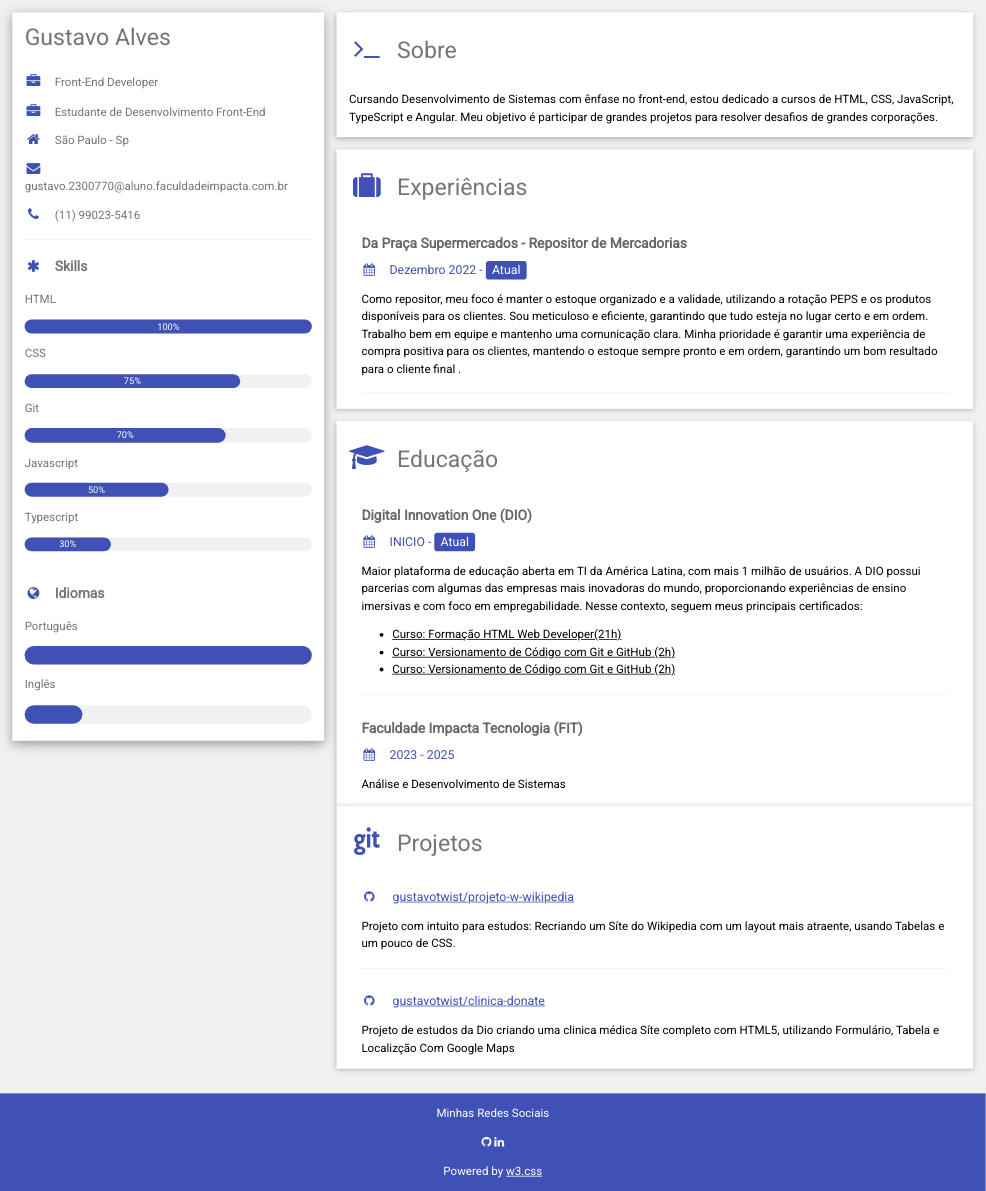
Repository: gustavotwist/cv
Page: index.html
The author's editor kept a copy of each file at every save. The page is drawn from the files as they stood at one save, then again after the next save.
The browser window is 1280 px wide. The pictures show the whole page, at 77% of full size.

Above is the page before, as saved 2024-06-19 22:02:34.

### index.html
<!DOCTYPE html>
<!-- @falvojr: Reference article https://www.w3schools.com/howto/howto_website_create_resume.asp -->
<!-- @falvojr: Useful link to use fontawesome (fa) icons: https://fontawesome.com/v4/icons/ -->
<html lang="pt-BR">

  <head>
    <title>Gustavo Alves</title>

    <meta http-equiv="Content-Type" content="text/html; charset=UTF-8">
    <meta name="viewport" content="width=device-width, initial-scale=1">

    <link rel="stylesheet" href="https://www.w3schools.com/w3css/4/w3.css">
    <link rel='stylesheet' href='https://fonts.googleapis.com/css?family=Roboto'>
    <link rel="stylesheet" href="https://cdnjs.cloudflare.com/ajax/libs/font-awesome/4.7.0/css/font-awesome.min.css">

    <style>
      html,body,h1,h2,h3,h4,h5,h6 {font-family: "Roboto", sans-serif}
    </style>

  </head>

  <body class="w3-light-grey" cz-shortcut-listen="true">

    <!-- Page Container -->
    <div class="w3-content w3-margin-top" style="max-width:1400px;">

      <!-- The Grid -->
      <div class="w3-row-padding">

        <!-- Left Column -->
        <div class="w3-third">

          <div class="w3-white w3-text-grey w3-card-4">
            <!-- @falvojr: This container has been modified to not use a profile picture. -->
            <div class="w3-container">
              <h2>Gustavo Alves</h2>
            </div>
            <div class="w3-container">
              <p><i class="fa fa-briefcase fa-fw w3-margin-right w3-large w3-text-indigo"></i>Front-End Developer</p>
              <p><i class="fa fa-briefcase fa-fw w3-margin-right w3-large w3-text-indigo"></i>Estudante de Desenvolvimento Front-End</p>
              <p><i class="fa fa-home fa-fw w3-margin-right w3-large w3-text-indigo"></i>São Paulo - Sp</p>
              <p><i class="fa fa-envelope fa-fw w3-margin-right w3-large w3-text-indigo"></i>gustavo.2300770@aluno.faculdadeimpacta.com.br</p>
              <p><i class="fa fa-phone fa-fw w3-margin-right w3-large w3-text-indigo"></i>(11) 99023-5416</p>
              <hr>

              <p class="w3-large">
                <b><i class="fa fa-asterisk fa-fw w3-margin-right w3-text-indigo"></i>Skills</b>
              </p>
              <p>HTML</p>
              <div class="w3-light-grey w3-round-xlarge w3-small">
                <div class="w3-container w3-center w3-round-xlarge w3-indigo" style="width:100%">100%</div>
              </div>
              <p>CSS</p>
              <div class="w3-light-grey w3-round-xlarge w3-small">
                <div class="w3-container w3-center w3-round-xlarge w3-indigo" style="width:75%">75%</div>
              </div>
              <p>Git</p>
              <div class="w3-light-grey w3-round-xlarge w3-small">
                <div class="w3-container w3-center w3-round-xlarge w3-indigo" style="width:70%">70%</div>
              </div>
              <p>Javascript</p>
              <div class="w3-light-grey w3-round-xlarge w3-small">
                <div class="w3-container w3-center w3-round-xlarge w3-indigo" style="width:50%">50%</div>
              </div>
              <p>Typescript</p>
              <div class="w3-light-grey w3-round-xlarge w3-small">
                <div class="w3-container w3-center w3-round-xlarge w3-indigo" style="width:30%">30%</div>
              </div>
              <br>
              <p class="w3-large w3-text-theme">
                <b><i class="fa fa-globe fa-fw w3-margin-right w3-text-indigo"></i>Idiomas</b>
              </p>
              <p>Português</p>
              <div class="w3-light-grey w3-round-xlarge">
                <div class="w3-round-xlarge w3-indigo" style="height:24px;width:100%"></div>
              </div>
              <p>Inglês</p>
              <div class="w3-light-grey w3-round-xlarge">
                <div class="w3-round-xlarge w3-indigo" style="height:24px;width:20%"></div>
              </div>
              <br>
            </div>
          </div><br>

          <!-- End Left Column -->
        </div>

        <!-- Right Column -->
        <div class="w3-twothird">

          <div class="w3-container w3-card w3-white w3-margin-bottom">
            <h2 class="w3-text-grey w3-padding-16"><i class="fa fa-terminal fa-fw w3-margin-right w3-xxlarge w3-text-indigo"></i>Sobre</h2>
            <p>Cursando Desenvolvimento de Sistemas com ênfase no front-end, estou dedicado a cursos de HTML, CSS, JavaScript, TypeScript e Angular. Meu objetivo é participar de grandes projetos para resolver desafios de grandes corporações.</p>
          </div>

          <div class="w3-container w3-card w3-white w3-margin-bottom">
            <h2 class="w3-text-grey w3-padding-16">
              <i class="fa fa-suitcase fa-fw w3-margin-right w3-xxlarge w3-text-indigo"></i>Experiências
            </h2>
            <div class="w3-container">
              <h5 class="w3-opacity"><b>Da Praça Supermercados - Repositor de Mercadorias</b></h5>
              <h6 class="w3-text-indigo"><i class="fa fa-calendar fa-fw w3-margin-right"></i>Dezembro 2022 - <span class="w3-tag w3-indigo w3-round">Atual</span></h6>
              <p>Como repositor, meu foco é manter o estoque organizado e a validade, utilizando a rotação PEPS e os produtos disponíveis para os clientes. Sou meticuloso e eficiente, garantindo que tudo esteja no lugar certo e em ordem. Trabalho bem em equipe e mantenho uma comunicação clara. Minha prioridade é garantir uma experiência de compra positiva para os clientes, mantendo o estoque sempre pronto e em ordem, garantindo um bom resultado para o cliente final .</p>
              <hr>
            </div>
          </div>

          <div class="w3-container w3-card w3-white">
            <h2 class="w3-text-grey w3-padding-16">
              <i class="fa fa-graduation-cap fa-fw w3-margin-right w3-xxlarge w3-text-indigo"></i>Educação
            </h2>
            <div class="w3-container">
              <h5 class="w3-opacity"><b>Digital Innovation One (DIO)</b></h5>
              <h6 class="w3-text-indigo"><i class="fa fa-calendar fa-fw w3-margin-right"></i>INICIO - <span class="w3-tag w3-indigo w3-round">Atual</span></h6>
              <p>
                Maior plataforma de educação aberta em TI da América Latina, com mais 1 milhão de usuários.
                A DIO possui parcerias com algumas das empresas mais inovadoras do mundo, proporcionando experiências
                de ensino imersivas e com foco em empregabilidade. Nesse contexto, seguem meus principais certificados:
              </p>
              <ul>
                <li><a href="https://www.dio.me/certificate/VDSNYTO5" target="_blank">Curso: Formação HTML Web Developer(21h)</a></li>
                <li><a href="https://www.dio.me/certificate/EA66CA6A" target="_blank">Curso: Versionamento de Código com Git e GitHub (2h)</a></li>
                <li><a href="https://www.dio.me/certificate/OST0WIWG" target="_blank">Curso: Versionamento de Código com Git e GitHub (2h)</a></li>
              </ul>
              <hr>
            </div>
            <div class="w3-container">
              <h5 class="w3-opacity"><b>Faculdade Impacta Tecnologia (FIT)</b></h5>
              <h6 class="w3-text-indigo"><i class="fa fa-calendar fa-fw w3-margin-right"></i>2023 - 2025</h6>
              <p>Análise e Desenvolvimento de Sistemas</p>
            </div>
          </div>

          <div class="w3-container w3-card w3-white w3-margin-bottom">
            <h2 class="w3-text-grey w3-padding-16">
              <i class="fa fa-git fa-fw w3-margin-right w3-xxlarge w3-text-indigo"></i>Projetos
            </h2>
            <div class="w3-container">
              <h6 class="w3-text-indigo">
                <i class="fa fa-github fa-fw w3-margin-right"></i>
                <a href="https://github.com/gustavotwist/projeto-w-wikipedia" target="_blank">gustavotwist/projeto-w-wikipedia</a>
              </h6>
              <p>Projeto com intuito para estudos: Recriando um Síte do Wikipedia com um layout mais atraente, usando Tabelas e um pouco de CSS.</p>
              <hr>
            </div>
            <div class="w3-container">
              <h6 class="w3-text-indigo">
                <i class="fa fa-github fa-fw w3-margin-right"></i>
                <a href="https://github.com/gustavotwist/clinica-donate" target="_blank">gustavotwist/clinica-donate</a>
              </h6>
              <p>Projeto de estudos da Dio criando uma clinica médica Síte completo com HTML5, utilizando Formulário, Tabela e Localizção Com Google Maps</p>
            </div>
          </div>

          <!-- End Right Column -->
        </div>

        <!-- End Grid -->
      </div>

      <!-- End Page Container -->
    </div>

    <footer class="w3-container w3-indigo w3-center w3-margin-top">
      <p>Minhas Redes Sociais</p>
      <a href="https://github.com/gustavotwist" target="_blank"><i class="fa fa-github w3-hover-opacity"></i></a>
      <a href="https://www.linkedin.com/in/gustavoalves7/" target="_blank"><i class="fa fa-linkedin w3-hover-opacity"></i></a>
      <p>Powered by <a href="https://www.w3schools.com/w3css/default.asp" target="_blank">w3.css</a></p>
    </footer>

  </body>

</html>

After the next save:
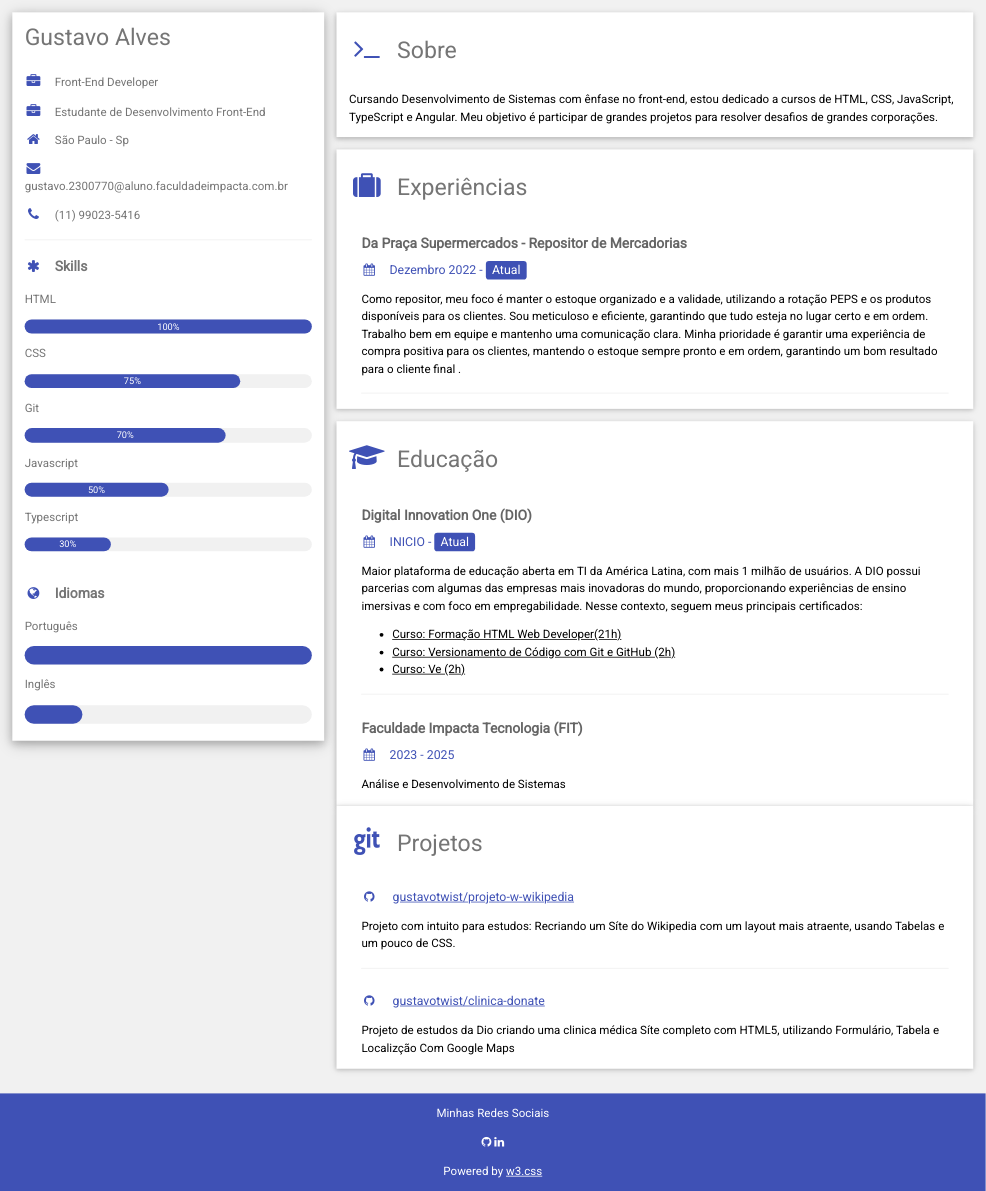
Saved 21 s later.
--- a/index.html
+++ b/index.html
@@ -120,7 +120,7 @@
               <ul>
                 <li><a href="https://www.dio.me/certificate/VDSNYTO5" target="_blank">Curso: Formação HTML Web Developer(21h)</a></li>
                 <li><a href="https://www.dio.me/certificate/EA66CA6A" target="_blank">Curso: Versionamento de Código com Git e GitHub (2h)</a></li>
-                <li><a href="https://www.dio.me/certificate/OST0WIWG" target="_blank">Curso: Versionamento de Código com Git e GitHub (2h)</a></li>
+                <li><a href="https://www.dio.me/certificate/OST0WIWG" target="_blank">Curso: Ve (2h)</a></li>
               </ul>
               <hr>
             </div>
